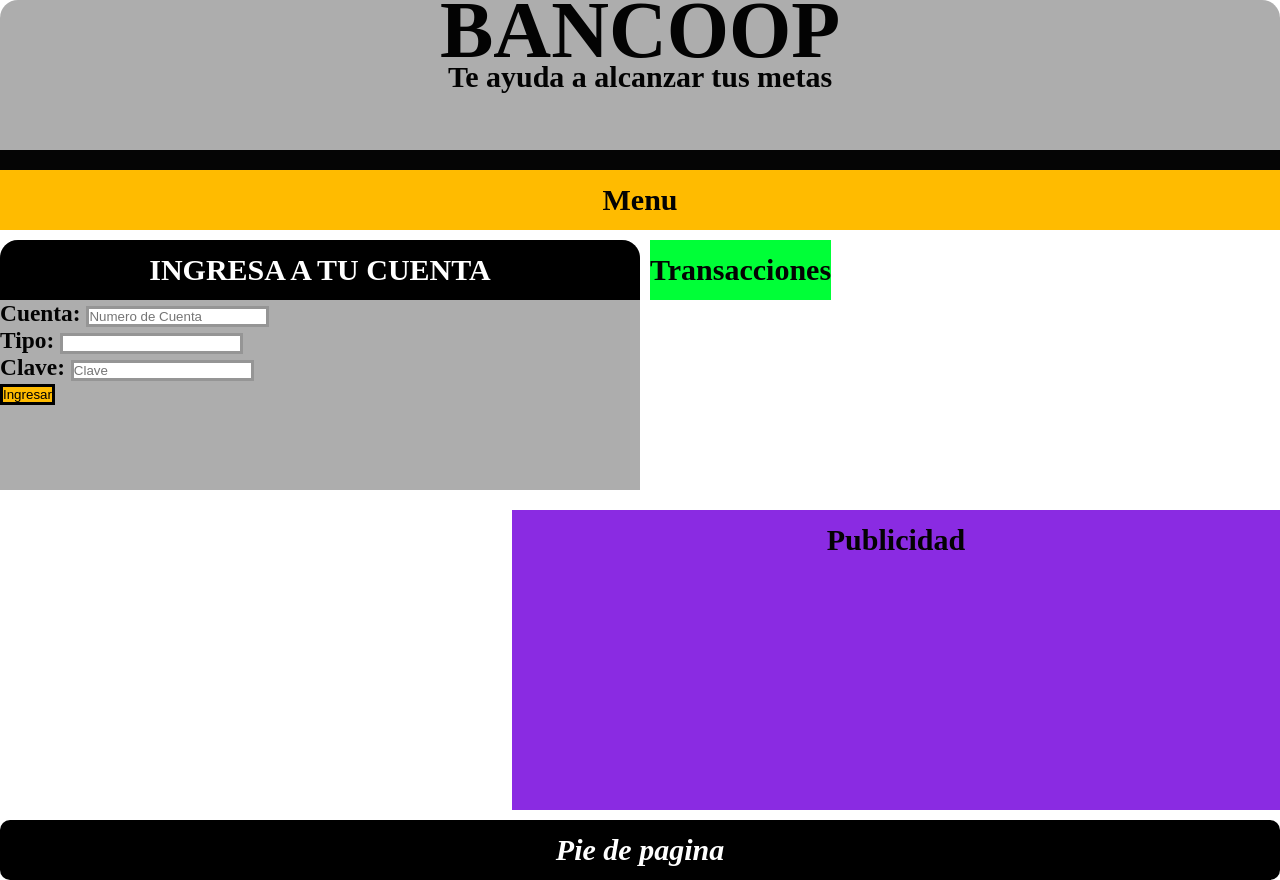
Repository: NickArregoces/BANCOOP
Page: Index.html
These files come from the project's save history. The page is drawn as it stood at one moment and after the next save; the edit follows.
The browser window is 1280 px wide. The pictures show the whole page.

Above is the page before, as saved 2021-09-29 16:47:59.

### Index.html
<!DOCTYPE html>
<html lang="en">
<head>
    <meta charset="UTF-8">
    <meta http-equiv="X-UA-Compatible" content="IE=edge">
    <meta name="viewport" content="width=device-width, initial-scale=1.0">
    <title>BANCOOP Home</title>
    <link rel="stylesheet" href="/CSS/Style.css">
</head>
<body>
    <div id="contenido">
        <header>
            <link rel="stylesheet" href="">
            <h1>BANCOOP</h1>
            <h3>Te ayuda a alcanzar tus metas</h3>
        </header>
        <nav class="barra">

        </nav>
        <nav class="Menu">
            <h2>Menu</h2>
        </main>

        <div id="form">
            <form action="" class="login">
                <h2 style="color: white;">INGRESA A TU CUENTA</h2>
                <h3 >Cuenta:  <input type="number" placeholder="Numero de Cuenta"></h3>

                <h3>Tipo: <input type="text"></h3>

                <h3>Clave: <input type="password" placeholder="Clave"></h3>
                <button class="sumbit"> Ingresar </button>
            </form>

                 <div>
                        <section  id="Transacciones">
                            <article>
                                <h2>Transacciones</h2>
                            </article>
                        </section>
                            <aside>
                                <h2>Publicidad</h2>
                            </aside>
                                <footer>
                                    <h2>Pie de pagina</h2>
                                </footer>
                </div>

        </div>
    </div>

</body>
</html>

### CSS/Style.css

*{
    margin: 0px;
    padding: 0px;
}
body{
    background: rgb(255, 255, 255);
    color: rgb(3, 3, 3);
}
header{
    width: 100%;
    margin: auto;
    background: rgb(173, 173, 173);
    border-top-left-radius:  18px;
    border-top-right-radius:  18px;
    height: 150px;
}
    header h1{
        font-size: 80px;
        text-align: center;
        line-height: 60px;
    }
    header h3{
        font-size: 30px;
        text-align: center;

}
nav.barra{
    background: rgb(5, 5, 5);
    height: 20px;
}

nav.Menu{
    background: rgb(255, 187, 0);
    height: 60px;
}
    nav.Menu h2{
        font-size: 30px;
        text-align: center;
        line-height: 60px;
}
form{
    font-size: 20px;
    background: rgb(173, 173, 173);
    border-top-left-radius: 18px;
    border-top-right-radius: 18px;
    float: left;
    width: 50%;
    margin-top: 10px;
    margin-right:10px;
    margin-bottom: 10px;
    height: 250px;
}
    .login h2{
        text-align: center;
        background: black;
        border-top-left-radius: 18px;
        border-top-right-radius: 18px;
    }
    form input{
        border: solid rgb(149, 149, 149);
    }
    button{
        background-position: center;
        background: rgb(255, 187, 0);
        border: solid black;
    }

article {
    float:left;
    background: rgb(0, 255, 55);
    margin-top: 10px;
    margin-right:10px;
    margin-bottom: 10px;
}
    article h2{
        font-size: 30px;
        text-align: center;
        line-height: 40px;

    }
aside{
    width: 60%;
    height: 300px;
    background: blueviolet;
    margin-top: 10px;
    float: right;
    margin-bottom: 10px;
}
aside h2{
    font-size: 30px;
    text-align: center;
    line-height: 40px;
}
footer{
    background: black;
    clear: both;
    border-radius: 10px;
}
footer h2{
    font-size: 30px;
    text-align: center;
    line-height: 40px;
    color: white;
    font-style:italic;

}

After the next save:
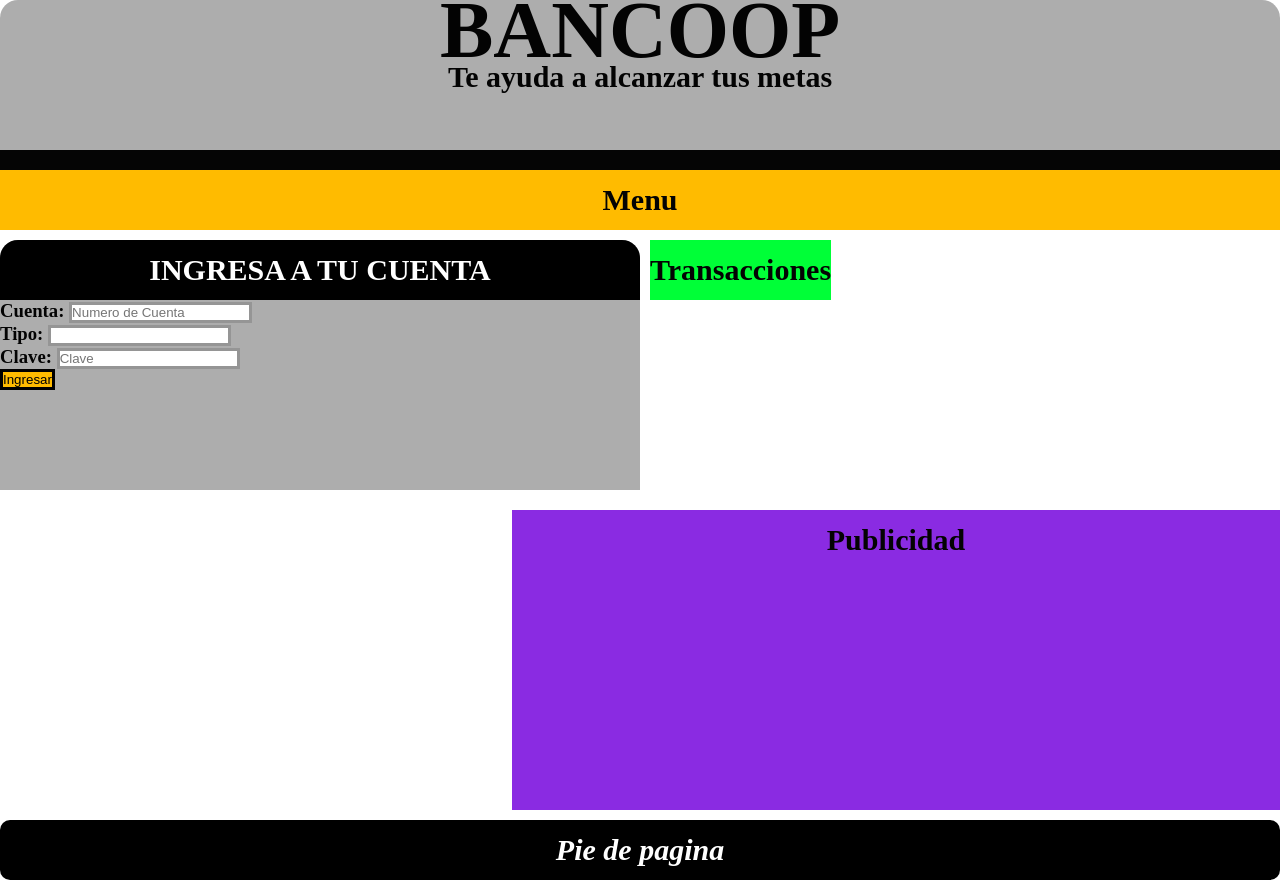
Saved 18 s later.
--- a/CSS/Style.css
+++ b/CSS/Style.css
@@ -40,7 +40,6 @@ nav.Menu{
         line-height: 60px;
 }
 form{
-    font-size: 20px;
     background: rgb(173, 173, 173);
     border-top-left-radius: 18px;
     border-top-right-radius: 18px;
@@ -52,6 +51,7 @@ form{
     height: 250px;
 }
     .login h2{
+        font-size: 20px;
         text-align: center;
         background: black;
         border-top-left-radius: 18px;
